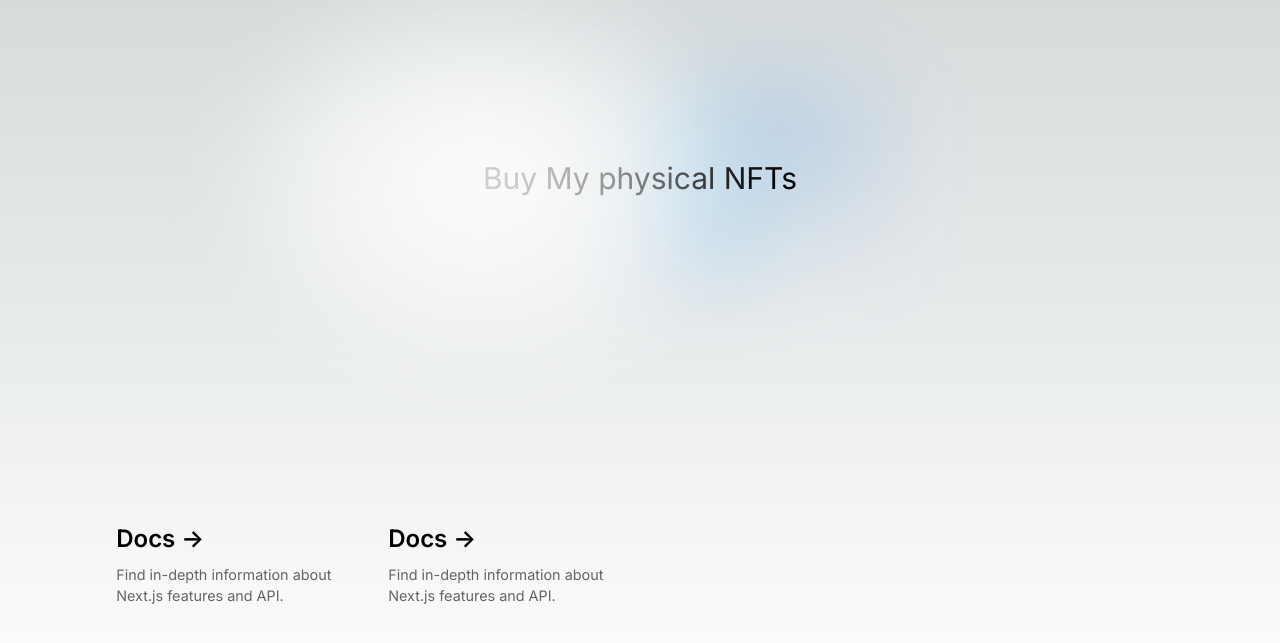
Repository: Seva2705/stripe-nextjs
Page: /
An editor plug-in stored every save of this project. The page is shown before and after the next save, followed by the edit.
The browser window is 1280 px wide. The pictures show the whole page.
The project was rebuilt for these pictures with package versions that can differ from the ones it lists, and the page was loaded fresh each time. The framework's server and built-in components were replaced by stand-ins that run in the browser. Also part of the build but not shown: next.config.js.

Above is the page before, as saved 2023-10-31 22:50:16.

### app/page.js
import Image from 'next/image'
import styles from './page.module.css'

export default function Home() {
  return (
    <main className={styles.main}>

      <div className={styles.center}>
          Buy My physical NFTs
      </div>

      <div className={styles.grid}>
        <a
          href="https://nextjs.org/docs?utm_source=create-next-app&utm_medium=appdir-template&utm_campaign=create-next-app"
          className={styles.card}
          target="_blank"
          rel="noopener noreferrer"
        >
          <h2>
            Docs <span>-&gt;</span>
          </h2>
          <p>Find in-depth information about Next.js features and API.</p>
        </a>
        <a
          href="https://nextjs.org/docs?utm_source=create-next-app&utm_medium=appdir-template&utm_campaign=create-next-app"
          className={styles.card}
          target="_blank"
          rel="noopener noreferrer"
        >
          <h2>
            Docs <span>-&gt;</span>
          </h2>
          <p>Find in-depth information about Next.js features and API.</p>
        </a>



      </div>
    </main>
  )
}

### app/page.module.css
.main {
  display: flex;
  flex-direction: column;
  justify-content: space-between;
  align-items: center;
  padding: 6rem;
  min-height: 100vh;
}

.description {
  display: inherit;
  justify-content: inherit;
  align-items: inherit;
  font-size: 0.85rem;
  max-width: var(--max-width);
  width: 100%;
  z-index: 2;
  font-family: var(--font-mono);
}

.description a {
  display: flex;
  justify-content: center;
  align-items: center;
  gap: 0.5rem;
}

.description p {
  position: relative;
  margin: 0;
  padding: 1rem;
  background-color: rgba(var(--callout-rgb), 0.5);
  border: 1px solid rgba(var(--callout-border-rgb), 0.3);
  border-radius: var(--border-radius);
}

.code {
  font-weight: 700;
  font-family: var(--font-mono);
}

.grid {
  display: grid;
  grid-template-columns: repeat(4, minmax(25%, auto));
  max-width: 100%;
  width: var(--max-width);
}

.card {
  padding: 1rem 1.2rem;
  border-radius: var(--border-radius);
  background: rgba(var(--card-rgb), 0);
  border: 1px solid rgba(var(--card-border-rgb), 0);
  transition: background 200ms, border 200ms;
}

.card span {
  display: inline-block;
  transition: transform 200ms;
}

.card h2 {
  font-weight: 600;
  margin-bottom: 0.7rem;
}

.card p {
  margin: 0;
  opacity: 0.6;
  font-size: 0.9rem;
  line-height: 1.5;
  max-width: 30ch;
}

.center {
  display: flex;
  justify-content: center;
  align-items: center;
  position: relative;
  padding: 4rem 0;
  font-size: 30px;
  color: black;

}

.center::before {
  background: var(--secondary-glow);
  border-radius: 50%;
  width: 480px;
  height: 360px;
  margin-left: -400px;
}

.center::after {
  background: var(--primary-glow);
  width: 240px;
  height: 180px;
  z-index: -1;
}

.center::before,
.center::after {
  content: '';
  left: 50%;
  position: absolute;
  filter: blur(45px);
  transform: translateZ(0);
}

.logo {
  position: relative;
}
/* Enable hover only on non-touch devices */
@media (hover: hover) and (pointer: fine) {
  .card:hover {
    background: rgba(var(--card-rgb), 0.1);
    border: 1px solid rgba(var(--card-border-rgb), 0.15);
  }

  .card:hover span {
    transform: translateX(4px);
  }
}

@media (prefers-reduced-motion) {
  .card:hover span {
    transform: none;
  }
}

/* Mobile */
@media (max-width: 700px) {
  .content {
    padding: 4rem;
  }

  .grid {
    grid-template-columns: 1fr;
    margin-bottom: 120px;
    max-width: 320px;
    text-align: center;
  }

  .card {
    padding: 1rem 2.5rem;
  }

  .card h2 {
    margin-bottom: 0.5rem;
  }

  .center {
    padding: 8rem 0 6rem;
  }

  .center::before {
    transform: none;
    height: 300px;
  }

  .description {
    font-size: 0.8rem;
  }

  .description a {
    padding: 1rem;
  }

  .description p,
  .description div {
    display: flex;
    justify-content: center;
    position: fixed;
    width: 100%;
  }

  .description p {
    align-items: center;
    inset: 0 0 auto;
    padding: 2rem 1rem 1.4rem;
    border-radius: 0;
    border: none;
    border-bottom: 1px solid rgba(var(--callout-border-rgb), 0.25);
    background: linear-gradient(
      to bottom,
      rgba(var(--background-start-rgb), 1),
      rgba(var(--callout-rgb), 0.5)
    );
    background-clip: padding-box;
    backdrop-filter: blur(24px);
  }

  .description div {
    align-items: flex-end;
    pointer-events: none;
    inset: auto 0 0;
    padding: 2rem;
    height: 200px;
    background: linear-gradient(
      to bottom,
      transparent 0%,
      rgb(var(--background-end-rgb)) 40%
    );
    z-index: 1;
  }
}

/* Tablet and Smaller Desktop */
@media (min-width: 701px) and (max-width: 1120px) {
  .grid {
    grid-template-columns: repeat(2, 50%);
  }
}

@media (prefers-color-scheme: dark) {
  .vercelLogo {
    filter: invert(1);
  }

  .logo {
    filter: invert(1) drop-shadow(0 0 0.3rem #ffffff70);
  }
}

@keyframes rotate {
  from {
    transform: rotate(360deg);
  }
  to {
    transform: rotate(0deg);
  }
}

Loaded but not shown: app/layout.js (common file); app/globals.css (common file)

After the next save:
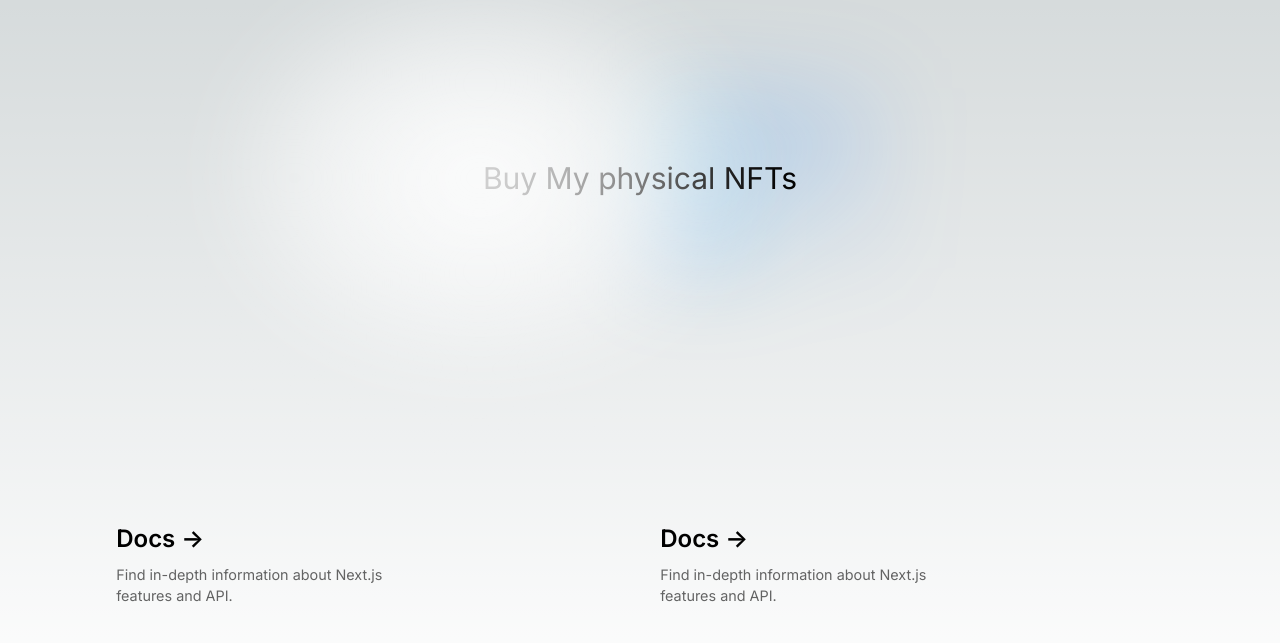
Saved 22 s later.
--- a/app/page.module.css
+++ b/app/page.module.css
@@ -41,7 +41,7 @@
 
 .grid {
   display: grid;
-  grid-template-columns: repeat(4, minmax(25%, auto));
+  grid-template-columns: repeat(2, minmax(25%, auto));
   max-width: 100%;
   width: var(--max-width);
 }
